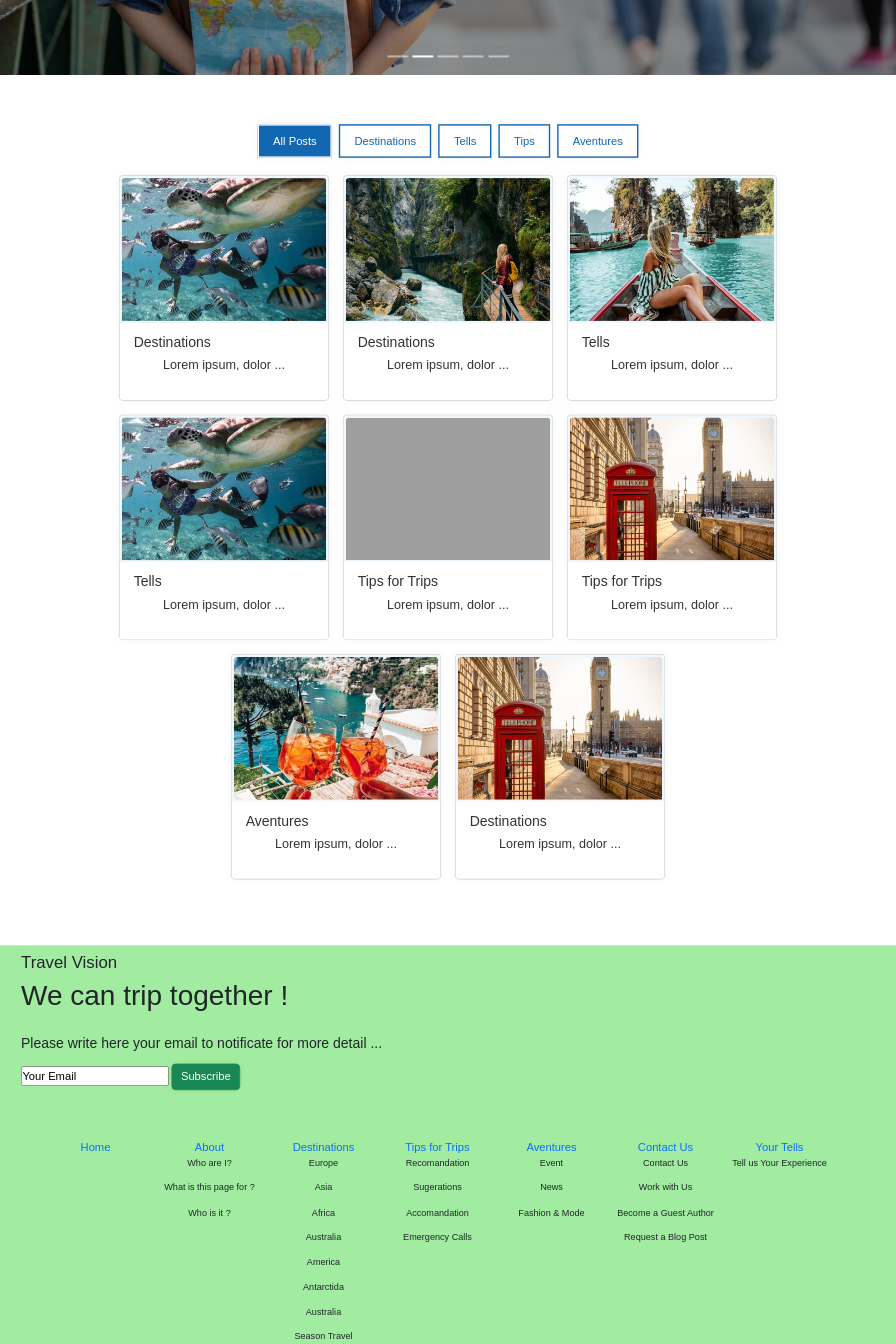
Repository: saraxhafa/TravelVisionBlog
Page: home.html
An editor plug-in stored every save of this project. The page is shown before and after the next save, followed by the edit.
The browser window is 1280 px wide. The pictures show the part of the page from y = 759 to 2679 px (the page is 2883 px tall before and 1877 px after), at 70% of full size.
After loading, the first visible `button.activeF` was clicked once.
Pictures or frames that could not be fetched are drawn as grey boxes.

Above is the page before, as saved 2024-05-30 19:03:27.

After the next save:
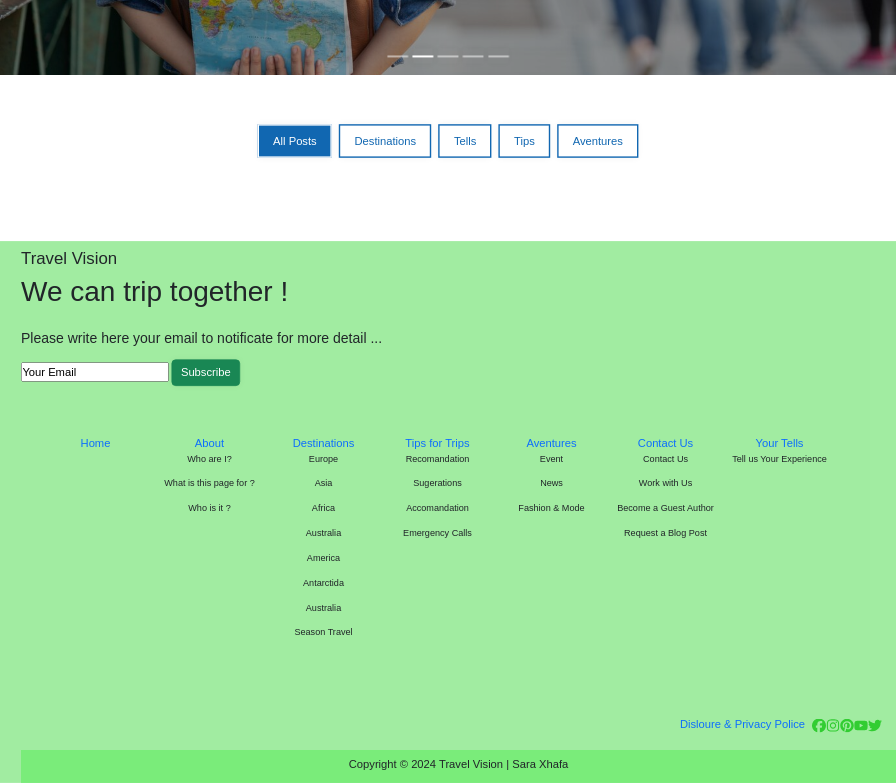
Saved 79 s later.
--- a/css/home.css
+++ b/css/home.css
@@ -211,7 +211,9 @@
   flex-basis: 300px;
   box-shadow: 0 0 10px rgba(0, 0, 0, 0.05);
 }
-
+.card.hide{
+  display: none;
+}
 .card img {
   width:100%;
   background-color: aliceblue;

After the 5 saves that followed:
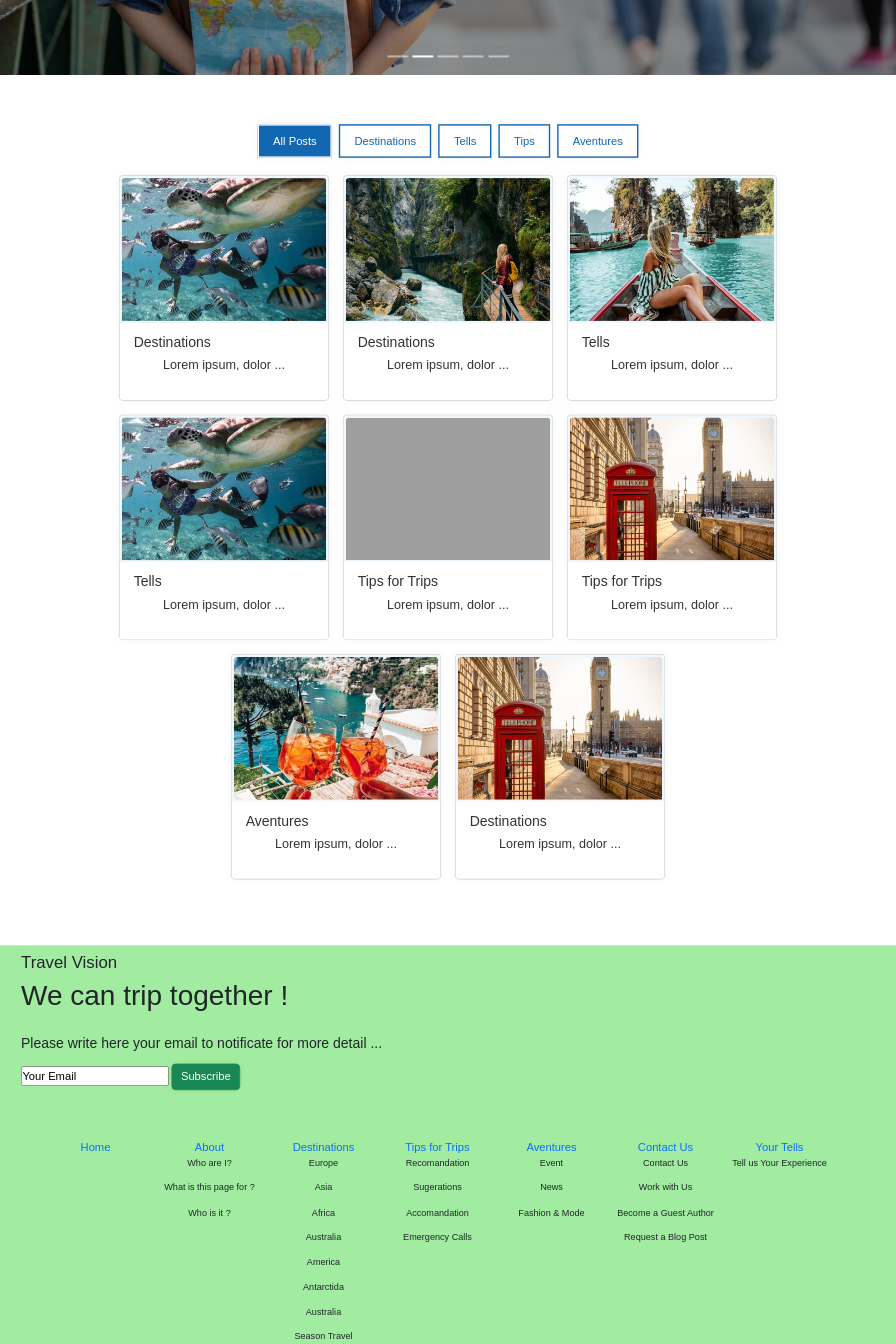
The 5 saves are shown as one change because 4 left the picture as it was.
The last was saved 3 min 35 s later.
--- a/css/home.css
+++ b/css/home.css
@@ -211,6 +211,7 @@
   flex-basis: 300px;
   box-shadow: 0 0 10px rgba(0, 0, 0, 0.05);
 }
+/* shtohet kjo tek css */
 .card.hide{
   display: none;
 }
--- a/javascript/home.js
+++ b/javascript/home.js
@@ -43,11 +43,12 @@ const filterable_cards = e=> {
 e.target.classList.add("activeF")
 
 filterableCards.forEach(card => {
-    // show the card if it matches the clicked filter or show all cards if "all" filter is clicked
-    // if(card.dataset.name === e.target.dataset.filter || e.target.dataset.filter === "all") {
-    //     return card.classList.replace("hide", "show");
-    // }
-    card.classList.add("hide");
+      card.classList.add("hide");
+
+    if(card.dataset.name === e.target.dataset.name || e.target.dataset.name === "all") {
+        card.classList.remove("hide");
+    }
+
 });
 }
 
